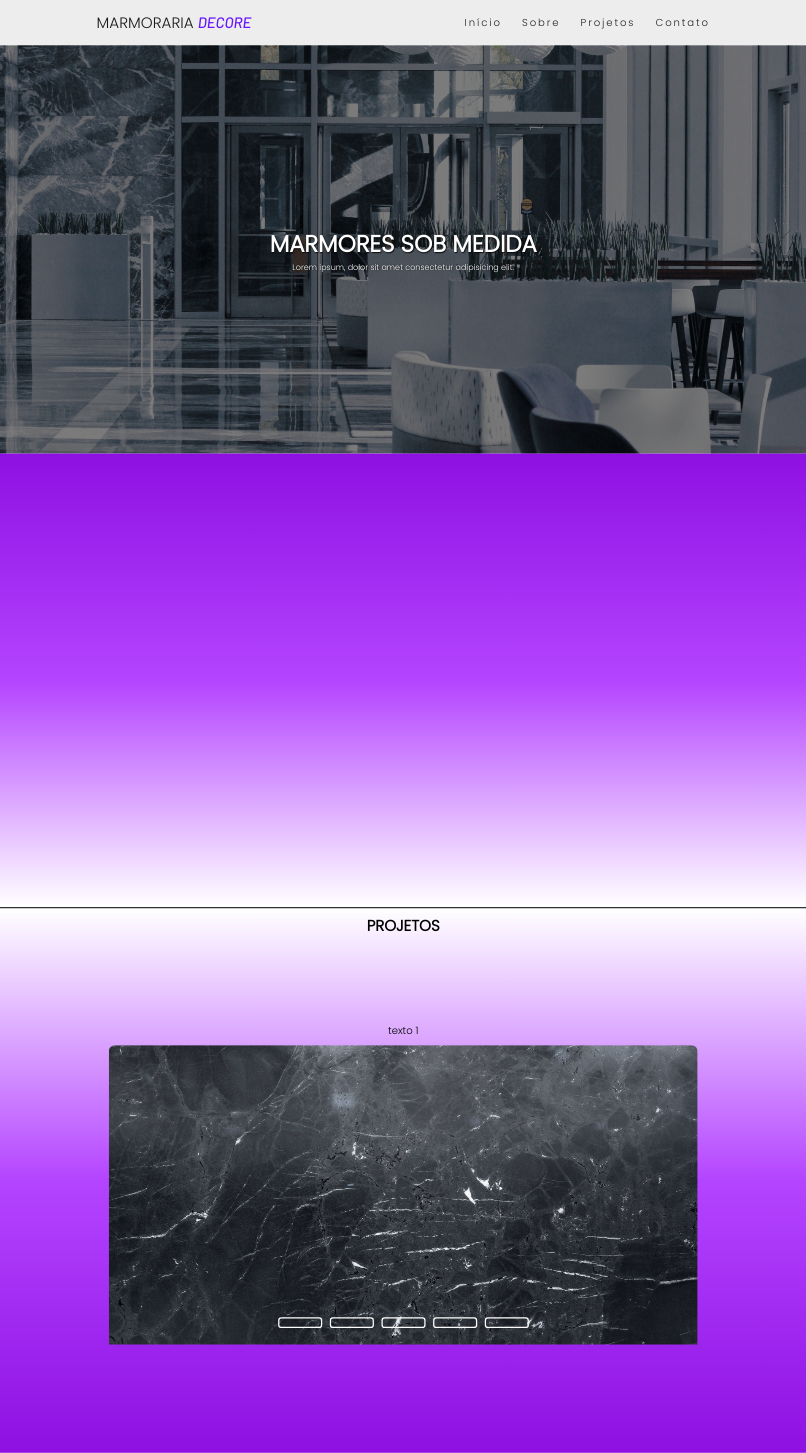
Repository: XFERRER7/projeto-xt7
Page: projetoMarmoraria/index.html
The author's editor kept a copy of each file at every save. The page is drawn from the files as they stood at one save, then again after the next save.
The browser window is 1280 px wide. The pictures show the whole page, at 63% of full size.
After loading, the first visible `#lbl1` was clicked once.

Above is the page before, as saved 2022-04-21 17:06:23.

### projetoMarmoraria/index.html
<!DOCTYPE html>
<html lang="pt-br">

<head>
  <meta charset="UTF-8">
  <meta http-equiv="X-UA-Compatible" content="IE=edge">
  <meta name="viewport" content="width=device-width, initial-scale=1.0">
  <title>Marmoraria Decore</title>
  <link rel="stylesheet" href="css/style.css">

</head>

<body>
  <header>
    <nav>
      <a class="logo" href="#">MARMORARIA <span id="decore">DECORE</span></a>
      <div class="mobile-menu">
        <div class="line1"></div>
        <div class="line2"></div>
        <div class="line3"></div>
      </div>
      <ul class="nav-list">
        <li><a href="#">Início</a></li>
        <li><a href="#">Sobre</a></li>
        <li><a href="#">Projetos</a></li>
        <li><a href="#">Contato</a></li>
      </ul>
    </nav>
    <div class="hero-section">
      <div class="hero-section-text">
        <h1 id="titulo-header">MARMORES SOB MEDIDA</h1>
        <p id="paragrafo-header">Lorem ipsum, dolor sit amet consectetur adipisicing elit.</p>
      </div>
    </div>
  </header>
  <main>
    <section class="section-b">

    </section>

    <div id="divisa"></div>

    <section class="section-a">
      <h1 id="section-a-h1">PROJETOS</h1>
      <div class="content">
        <p class="desc" id="descricao">Lorem ipsum dolor sit amet consectetur adipisicing elit. Consequuntur cupiditate quo nostrum asperiores enim voluptatem minima a iste! Reprehenderit libero ut ex officiis fugit, tempore optio qui! Quibusdam at ipsum eaque fugiat dicta ea commodi!</p>
        <div class="slides">
          <input type="radio" name="slide" id="slide1" checked>
          <input type="radio" name="slide" id="slide2">
          <input type="radio" name="slide" id="slide3">
          <input type="radio" name="slide" id="slide4">
          <input type="radio" name="slide" id="slide5">
          <div class="slide s1">
            <img src="./img/2.jpg" alt="img-1">
          </div>
          <div class="slide">
            <img src="./img/1.jpg" alt="img-2">
          </div>
          <div class="slide">
            <img src="./img/3.jpg" alt="img-3">
          </div>
          <div class="slide">
            <img src="./img/4.jpg" alt="img-4">
          </div>
          <div class="slide">
            <img src="./img/5.jpg" alt="img-5">
          </div>
        </div>
        <div class="navigation">
          <!-- Aqui ficará os labels para selecionar os inputs das imagens-->
          <label class="bar" id="lbl1" for="slide1" onclick="mudarTextoLbl1()"></label>
          <label class="bar" id="lbl2" for="slide2" onclick="mudarTextoLbl2()"></label>
          <label class="bar" id="lbl3" for="slide3" onclick="mudarTextoLbl3()"></label>
          <label class="bar" id="lbl4" for="slide4" onclick="mudarTextoLbl4()"></label>
          <label class="bar" id="lbl5" for="slide5" onclick="mudarTextoLbl5()"></label>
        </div>
      </div>
    </section>

  </main>




  <script src="js/menu-bar.js"></script>
  <script src="js/changeText.js"></script>

  <footer>

  </footer>
</body>

</html>

Lorem ipsum dolor sit, amet consectetur adipisicing elit. Sapiente distinctio ipsa incidunt non exercitationem laboriosam animi id accusamus placeat, commodi, veniam rerum ut! Fugiat tenetur unde nihil minima fuga veniam odio nulla pariatur eum reiciendis.
Lorem ipsum dolor sit amet consectetur adipisicing elit. Quas nisi saepe nobis? Maxime blanditiis illo animi tempora maiores expedita qui eum, iusto, ratione odit quia repellendus delectus voluptate nobis nam tenetur, officiis magnam quisquam fugiat dicta nisi id natus. Magnam.
Lorem ipsum dolor sit amet, consectetur adipisicing elit. Quos eius dolor libero iste impedit nesciunt animi totam corporis id quod.
Lorem ipsum dolor sit amet, consectetur adipisicing elit. Obcaecati nulla quos quia? Consectetur laudantium illum asperiores excepturi. Itaque ab, rem tempore ullam, fugit aspernatur est alias quaerat expedita nulla, unde recusandae dolore quidem reiciendis atque?

### projetoMarmoraria/css/style.css
@import url('https://fonts.googleapis.com/css2?family=Poppins:ital,wght@0,300;1,100&display=swap');
@import url('https://fonts.googleapis.com/css2?family=Barlow:ital,wght@1,500&display=swap');
* {
    margin: 0;
    padding: 0;
    box-sizing: border-box;
    font-family: 'Poppins', sans-serif;
}

::-webkit-scrollbar {
  width: 15px;
}

::-webkit-scrollbar-track {
  background: #ffffff;

}

::-webkit-scrollbar-thumb {
  background: rgb(154, 2, 255);
  border-radius: 3px;
}

/*----------------------------------MENU-BAR----------------------------------*/
a {
  color: rgb(37, 37, 37);
  text-decoration: none;
  transition: 0.8s;
}

a:hover {
  color: blue;
  opacity: 0.7;
}

.logo {
  font-size: 1.5em;
  text-transform: uppercase;
  color: rgb(26, 26, 26);
}

#decore {
  font-family: 'Barlow', sans-serif;
  color: #6817ff;
}

nav {
  display: flex;
  justify-content: space-around;
  align-items: center;
  font-family: 'Poppins', sans-serif;
  background: #ededed;
  height: 10vh;
}


.nav-list {
  list-style: none;
  display: flex;
}

.nav-list li {
  letter-spacing: 3px;
  margin-left: 32px;
}

.mobile-menu {
  display: none;
  cursor: pointer;
}

.mobile-menu div {
  width: 32px;
  height: 2px;
  background: rgb(20, 24, 255);
  margin: 8px;
  transition: 0.3s;
}

@media (max-width: 999px) {
  body {
    overflow-x: hidden;
  }

  .logo {
    font-size: 1.8rem;
  }

  .nav-list {
    overflow-x: hidden;
    position: fixed;
    top: 10vh;
    right: 0;
    width: 50vw;
    height: 40vh;
    background: #ededed;
    flex-direction: column;
    align-items: center;
    justify-content: space-around;
    transform: translateX(100%);
    transition: transform 0.3s ease-in;
  }
  .nav-list li {
    margin-left: 0;
    opacity: 0;
  }
  .mobile-menu {
    display: block;
  }
}

.nav-list.active {
  transform: translateX(0);
}

@keyframes navLinkFade {
  from {
    opacity: 0;
    transform: translateX(50px);
  }
  to {
    opacity: 1;
    transform: translateX(0);
  }
}

.mobile-menu.active .line1 {
  transform: rotate(-45deg) translate(-8px, 8px);
}

.mobile-menu.active .line2 {
  opacity: 0;
}

.mobile-menu.active .line3 {
  transform: rotate(45deg) translate(-5px, -7px);
}

/*------------------------------IMAGEM DO HEADER------------------------------*/
.hero-section {
  background-image: linear-gradient(to bottom, rgba(0, 0, 0, 0.516),rgba(0, 0, 0, 0.516)), url(../img/img-header.jpg);
  background-position: 50%;
  background-repeat: no-repeat;
  background-size: cover;
  height: 90vh;
  text-align: center;
  display: -webkit-flex;
  display: -ms-flexbox;
  display: flex;
  -webkit-align-items: center;
      -ms-flex-align: center;
          align-items: center;
  -webkit-justify-content: center;
      -ms-flex-pack: center;
          justify-content: center;
}

#titulo-header {
  font-size: 2.3rem;
}

#paragrafo-header {
  font-size: 0.8rem;
}

.hero-section .hero-section-text {
  color: #fefefe;
  text-shadow: 1px 1px 2px #0a0a0a;
}


main {
  margin: 0;
  padding: 0;
  height: 150vh;
  width: 100%;
  position: absolute;
}

/*------------------------------------Sobre------------------------------------*/



















/*------------------------------Slider de imagens------------------------------*/

.section-a {
  height: 120vh;
  background-image: linear-gradient(to bottom, #fff, rgb(180, 68, 255), rgb(142, 16, 226));
  position: relative;
}

#section-a-h1 {
  text-align: center;
  padding-top: 10px;
}

.content {
  height: 520px;
  width: 935px;
  overflow: hidden;
  position: absolute;
  top: 50%;
  left: 50%;
  transform: translate(-50%, -50%);
}

.desc {
  text-align: center;
  padding: 10px;
}

.navigation {
  position: absolute;
  bottom: 20px;
  left: 50%;
  transform: translate(-50%);
  display: flex;
}

.bar {
  width: 70px;
  height: 17px;
  border: 2px solid rgb(255, 255, 255);
  margin: 6px;
  border-radius: 5px;
  cursor: pointer;
  transition: .4s;
}

.bar:hover {
  background: #fff;
}

input {
  display: none;
}

.slides {
  display: flex;
  width: 500%;
  height: 100%;
}

.slide {
  width: 20%;
  transition: .6s;
}

.slide img {
  width: 100%;
  height: 100%;
  border-radius: 10px;
}

#slide1:checked ~ .s1 {
  margin-left: 0;
}

#slide2:checked ~ .s1 {
  margin-left: -20%;
}

#slide3:checked ~ .s1 {
  margin-left: -40%;
}

#slide4:checked ~ .s1 {
  margin-left: -60%;
}

#slide5:checked ~ .s1 {
  margin-left: -80%;
}

@media (max-width: 999px) {

  .content {
    margin-top: -350px;
    width: 100%;

  }



}

#divisa {
  height: 2px;
  background-color: #000000;
}

.section-b {
  height: 100vh;
  background-image: linear-gradient(to top, #fff, rgb(180, 68, 255), rgb(142, 16, 226));
}

### projetoMarmoraria/js/menu-bar.js
class MobileNavbar {
  constructor(mobileMenu, navList, navLinks) {
    this.mobileMenu = document.querySelector(mobileMenu);
    this.navList = document.querySelector(navList);
    this.navLinks = document.querySelectorAll(navLinks);
    this.activeClass = "active";

    this.handleClick = this.handleClick.bind(this);
  }

  animateLinks() {
    this.navLinks.forEach((link, index) => {
      link.style.animation
        ? (link.style.animation = "")
        : (link.style.animation = `navLinkFade 0.5s ease forwards ${
            index / 7 + 0.3
          }s`);
    });
  }

  handleClick() {
    this.navList.classList.toggle(this.activeClass);
    this.mobileMenu.classList.toggle(this.activeClass);
    this.animateLinks();
  }

  addClickEvent() {
    this.mobileMenu.addEventListener("click", this.handleClick);
  }

  init() {
    if (this.mobileMenu) {
      this.addClickEvent();
    }
    return this;
  }
}

const mobileNavbar = new MobileNavbar(
  ".mobile-menu",
  ".nav-list",
  ".nav-list li",
);
mobileNavbar.init();

### projetoMarmoraria/js/changeText.js
function mudarTextoLbl1() {
  document.getElementById('descricao').textContent = "texto 1";
}
function mudarTextoLbl2() {
  document.getElementById('descricao').textContent = "texto 2";
}
function mudarTextoLbl3() {
  document.getElementById('descricao').textContent = "texto 3";
}
function mudarTextoLbl4() {
  document.getElementById('descricao').textContent = "texto 4";
}
function mudarTextoLbl5() {
  document.getElementById('descricao').textContent = "texto 5";
}

After the next save:
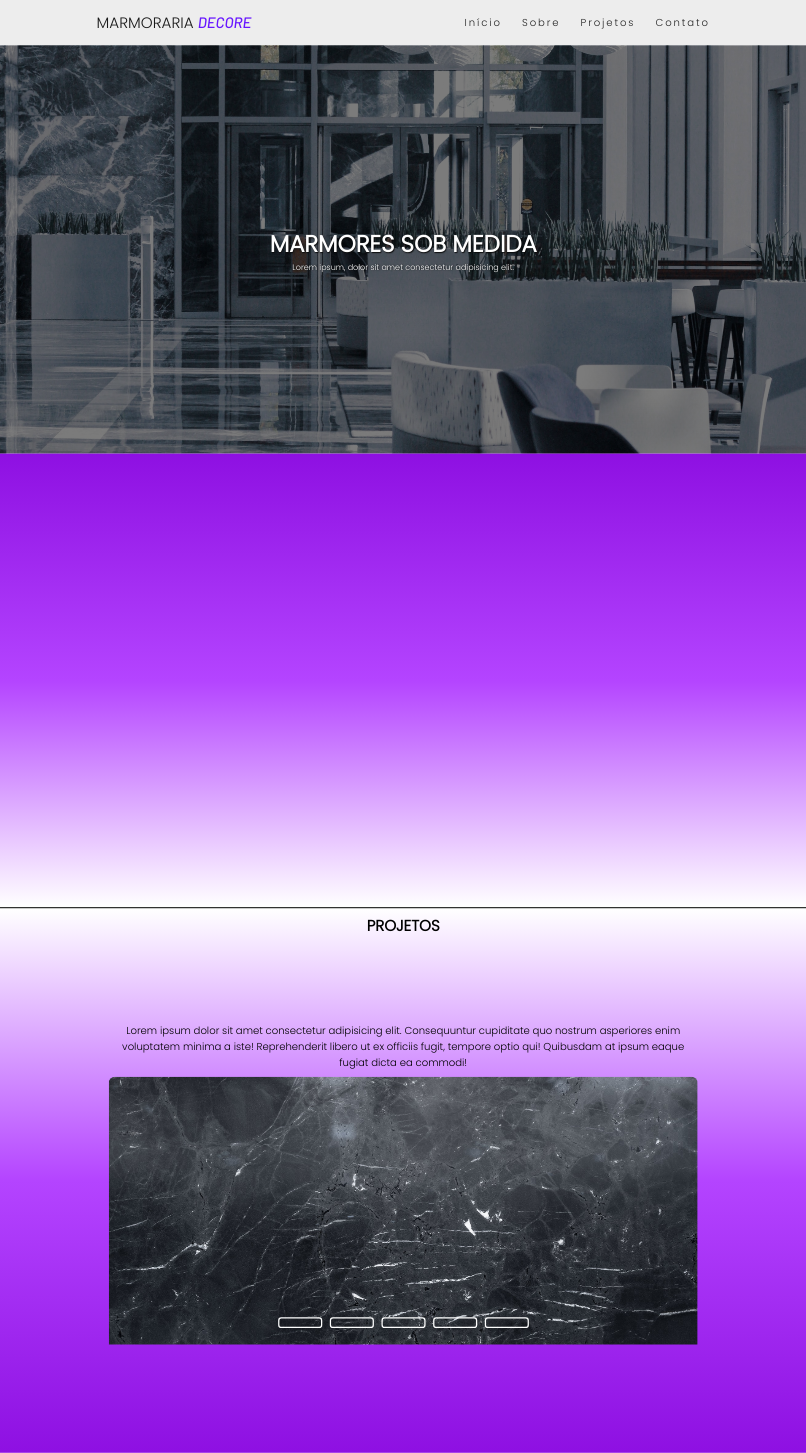
Console error: SyntaxError: Unexpected identifier 'ipsum'
Saved 5 s later.
--- a/projetoMarmoraria/js/changeText.js
+++ b/projetoMarmoraria/js/changeText.js
@@ -1,5 +1,6 @@
 function mudarTextoLbl1() {
-  document.getElementById('descricao').textContent = "texto 1";
+  document.getElementById('descricao').textContent = Lorem ipsum dolor sit amet consectetur adipisicing elit. Hic, nisi exercitationem harum officia facilis nihil vitae eligendi provident architecto quis quod unde quas incidunt assumenda corporis iste repudiandae esse voluptatibus?
+  ;
 }
 function mudarTextoLbl2() {
   document.getElementById('descricao').textContent = "texto 2";

After the save that followed:
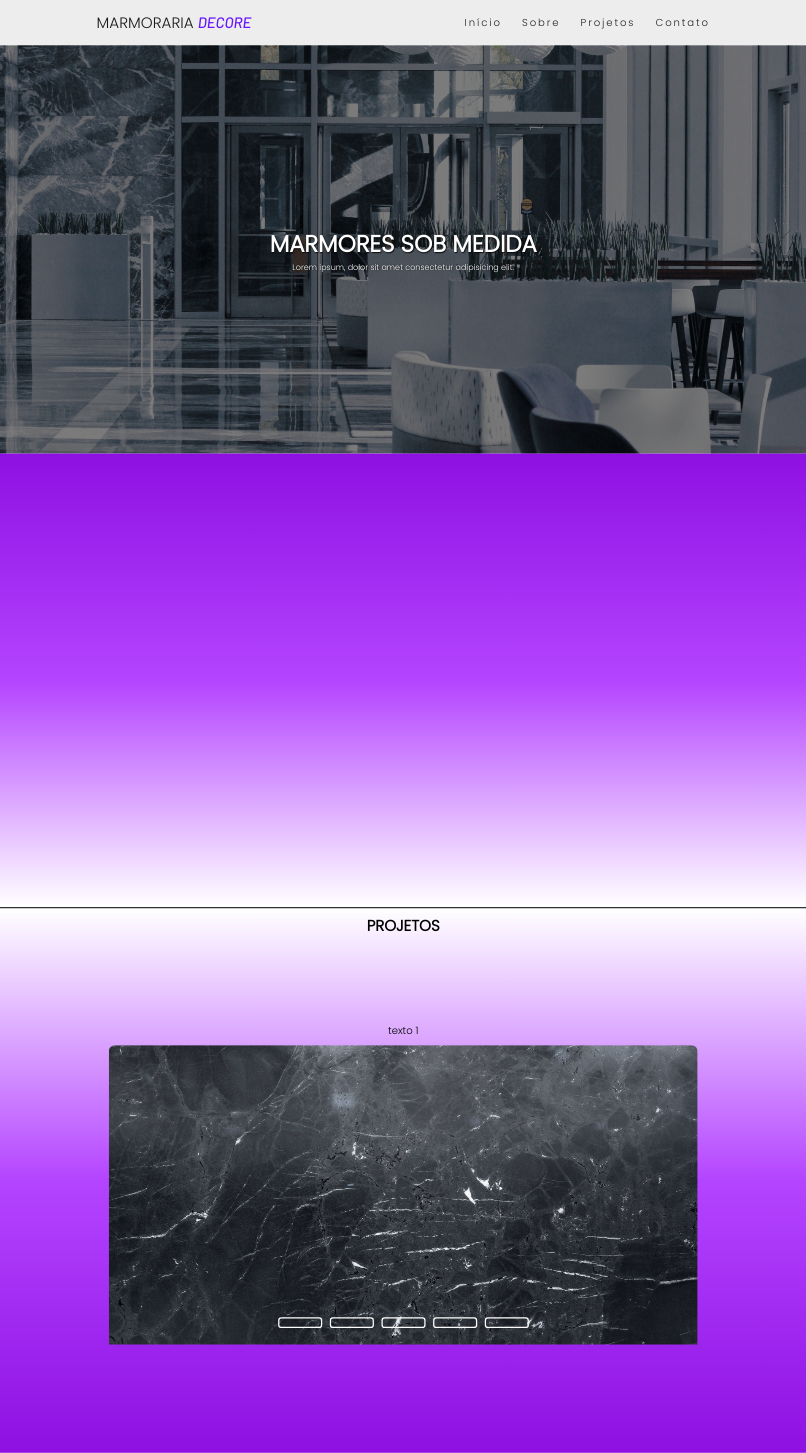
The error is gone.
Saved 3 s later.
--- a/projetoMarmoraria/js/changeText.js
+++ b/projetoMarmoraria/js/changeText.js
@@ -1,6 +1,5 @@
 function mudarTextoLbl1() {
-  document.getElementById('descricao').textContent = Lorem ipsum dolor sit amet consectetur adipisicing elit. Hic, nisi exercitationem harum officia facilis nihil vitae eligendi provident architecto quis quod unde quas incidunt assumenda corporis iste repudiandae esse voluptatibus?
-  ;
+  document.getElementById('descricao').textContent = "texto 1";
 }
 function mudarTextoLbl2() {
   document.getElementById('descricao').textContent = "texto 2";
